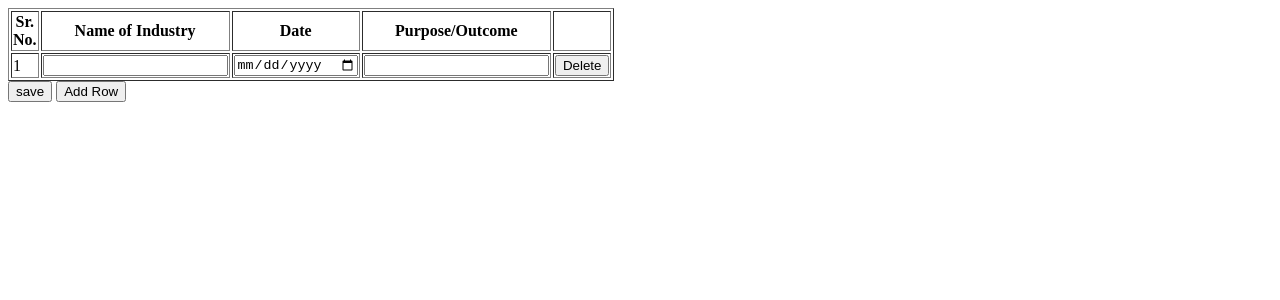
Repository: AdarshK062/BasicServlet
Page: http://localhost/Project1/index5.jsp
An editor plug-in stored every save of this project. The page is shown before and after the next save, followed by the edit.
The browser window is 1280 px wide. The pictures show the whole page.
The page is served by Tomcat 9. Other server files are loaded and not shown.

Above is the page before, as saved 2021-03-29 18:25:23.

### Project1/WebContent/index5.jsp
<%@ page language="java" contentType="text/html; charset=ISO-8859-1"
    pageEncoding="ISO-8859-1"%>
<!DOCTYPE html>
<html>
<head>
<meta charset="ISO-8859-1">
<title>Insert title here</title>
</head>
<body>
<%@ page import="BasicServlet.*" %>
<%
HttpSession s= request.getSession(true);
Employee emp=(Employee) s.getAttribute("emp");
DBConnect db=(DBConnect)s.getAttribute("db");
%>

<script>
	function addRow(tableID) {
        var table = document.getElementById(tableID);
        var rowCount = table.rows.length;
        var row = table.insertRow(rowCount);

        var cell0 = row.insertCell(0);
        var cell1 = row.insertCell(1);
        var cell2 = row.insertCell(2);
        var cell3 = row.insertCell(3);
        var cell4 = row.insertCell(4);
        cell0.innerHTML = rowCount;

        var element1 = document.createElement("input");
        element1.type = "text";
        element1.setAttribute('value', '');
        element1.setAttribute('name', 'name'+rowCount);
        cell1.appendChild(element1);

        var element2 = document.createElement("input");
        element2.type = "date";
        element2.setAttribute('name', 'date'+rowCount);
        cell2.appendChild(element2);

        var element3 = document.createElement("input");
        element3.type = "text";
        element3.setAttribute('value', '');
        element3.setAttribute('name', 'purpose'+rowCount);
        cell3.appendChild(element3);

        var element4 = document.createElement("input");
        element4.type = "button";
        element4.name = "button"+rowCount;
        element4.setAttribute('value', 'Delete');
        element4.onclick = function () { removeRow("button"+rowCount); }
        cell4.appendChild(element4);
    }
    function removeRow(btnName) {
        try {
            var table = document.getElementById('dataTable');
            var rowCount = table.rows.length;
            for(var i = 1; i < rowCount; i++){
                var row = table.rows[i];
                var rowObj = row.cells[4].childNodes[0];
                if (rowObj.name == btnName) {
                    table.deleteRow(i);
                    for(var j=i;j<rowCount-1;j++){
              			table.rows[j].cells[0].innerHTML=j;
              		}
                    break;
                }
            }
        }
        catch (e) {
            alert(e);
        }
    }
</SCRIPT>
	<form action="SaveServlet1" method="post">
		<TABLE id="dataTable" border="1">
			<TR>
				<TH>Sr.<br> No.</TH>
				<TH>Name of Industry</TH>
				<TH>Date</TH>
				<TH>Purpose/Outcome</TH>
				<TH></TH>
			</TR>
			<TR>
				<TD>1</TD>
				<TD><input type="text" value="" name="name1"></TD>
				<TD><input type="date" value="" name="date1"></TD>
				<TD><input type="text" value="" name="purpose1"></TD>
				<TD><input type="button" name="button1" value="Delete" onclick="removeRow('button1')"></TD>
			</TR>
		</TABLE>
		<input type="submit" value="save"/>
		<INPUT type="button" value="Add Row" onclick="addRow('dataTable')" />
	</form>
</body>
</html>

After the next save:
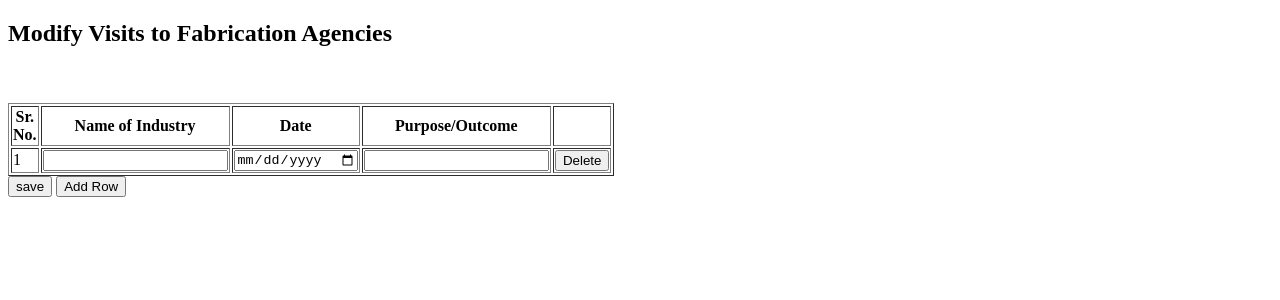
Saved 45 s later.
--- a/Project1/WebContent/index5.jsp
+++ b/Project1/WebContent/index5.jsp
@@ -72,6 +72,9 @@ DBConnect db=(DBConnect)s.getAttribute("db");
         }
     }
 </SCRIPT>
+<h2>Modify Visits to Fabrication Agencies</h2>
+<br>
+<br>
 	<form action="SaveServlet1" method="post">
 		<TABLE id="dataTable" border="1">
 			<TR>
